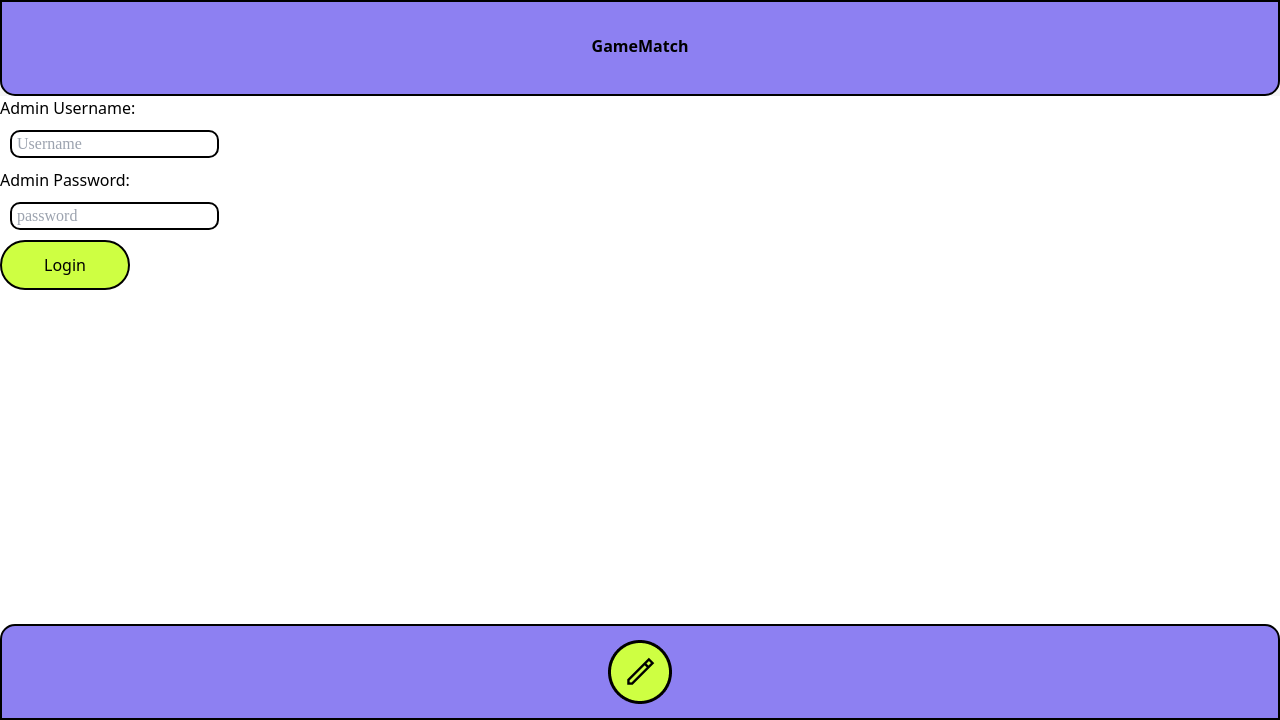
Repository: Yahya9102/Java22-ux22-Sideproject-main
Page: /admin
An editor plug-in stored every save of this project. The page is shown before and after the next save, followed by the edit.
The browser window is 1280 px wide. The pictures show the whole page.
The page's requests for data from a server got no answer. The project was rebuilt for these pictures with package versions that can differ from the ones it lists, and the page was loaded fresh each time. The framework's server and built-in components were replaced by stand-ins that run in the browser. No one was signed in, and anything a server would have sent is missing. Also part of the build but not shown: next.config.js.

Above is the page before, as saved 2023-05-04 13:45:48.

After the next save:
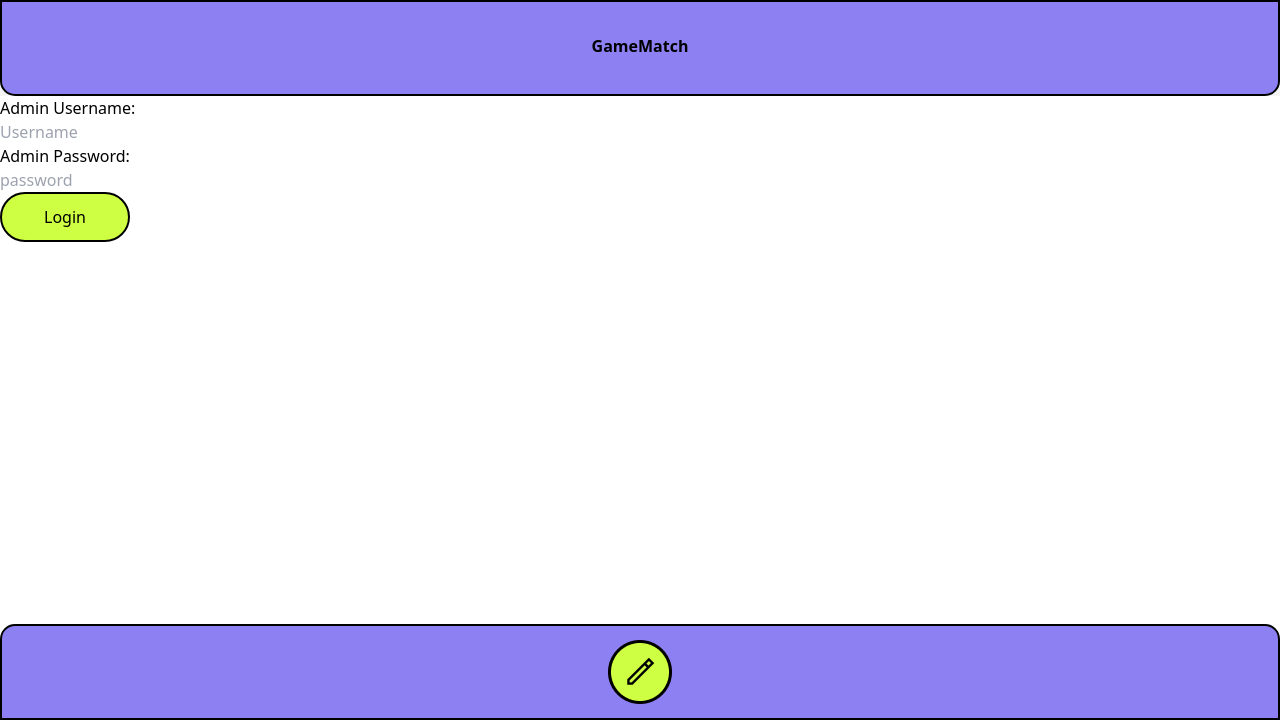
Saved 48 s later.
--- a/pages/admin.tsx
+++ b/pages/admin.tsx
@@ -1,6 +1,6 @@
 import { NextPage } from "next"
 import Header from "@/p-components/header"
-import AdminPage from "@/p-components/AdminPage"
+import AdminLogin from "@/p-components/AdminLogin"
 import MainFooter from "@/p-components/MainFooter"
 import { User } from "@/types/users"
 
@@ -8,7 +8,7 @@
   return (
     <div>
       <Header />
-      <AdminPage />
+      <AdminLogin />
       <MainFooter />
     </div>
   )

After the save that followed:
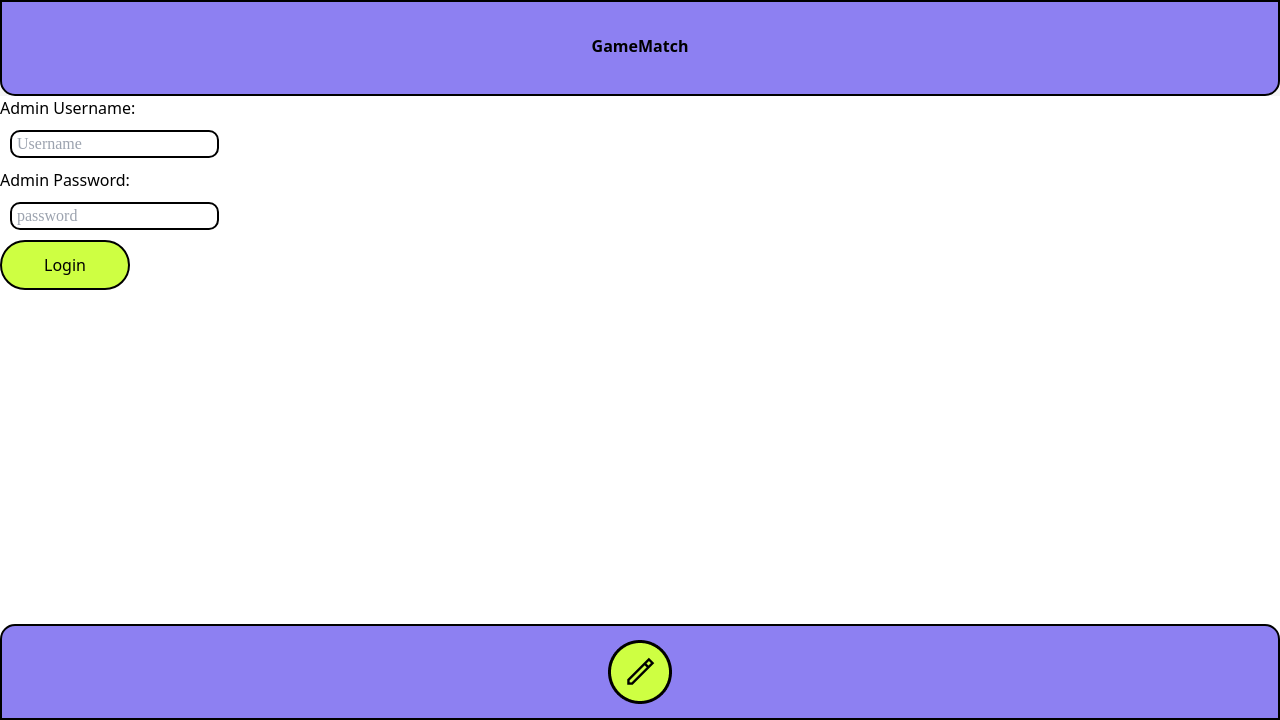
Saved 96 s later.
--- a/pages/admin.tsx
+++ b/pages/admin.tsx
@@ -1,6 +1,6 @@
 import { NextPage } from "next"
 import Header from "@/p-components/header"
-import AdminLogin from "@/p-components/AdminLogin"
+import AdminPage from "@/p-components/AdminPage"
 import MainFooter from "@/p-components/MainFooter"
 import { User } from "@/types/users"
 
@@ -8,7 +8,7 @@
   return (
     <div>
       <Header />
-      <AdminLogin />
+      <AdminPage />
       <MainFooter />
     </div>
   )
